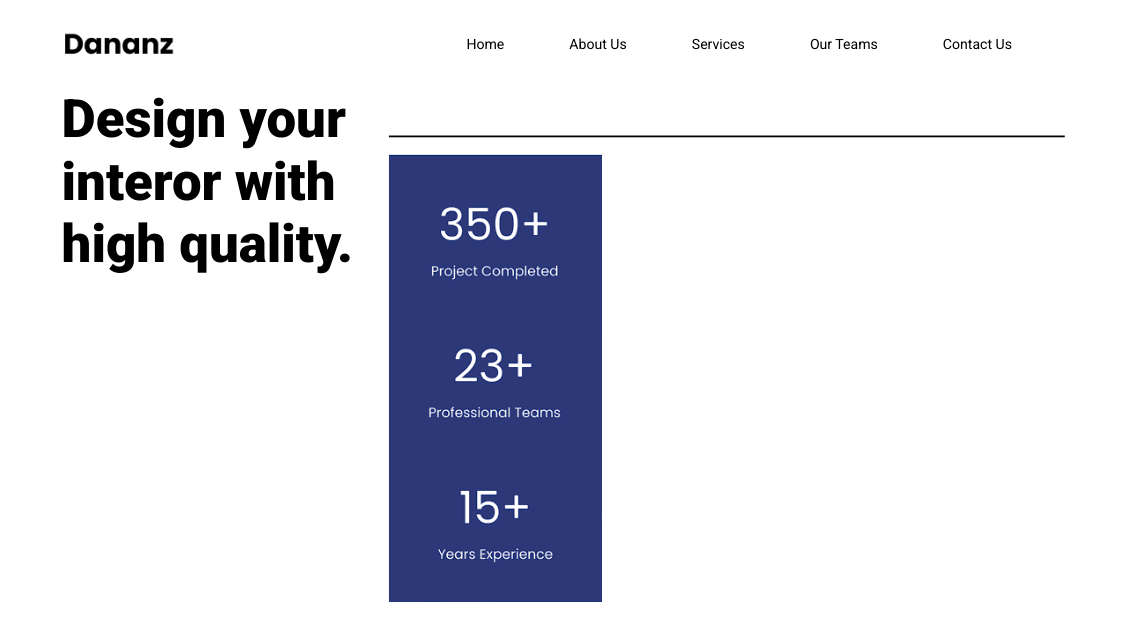
Repository: AsadKasimov/disain
Page: index.html
These files come from the project's save history. The page is drawn as it stood at one moment and after a run of saves; the edit follows.
The browser window is 1280 px wide. The pictures show the whole page, at 88% of full size.

Above is the page before, as saved 2023-04-20 12:19:42.

After the next 3 saves:
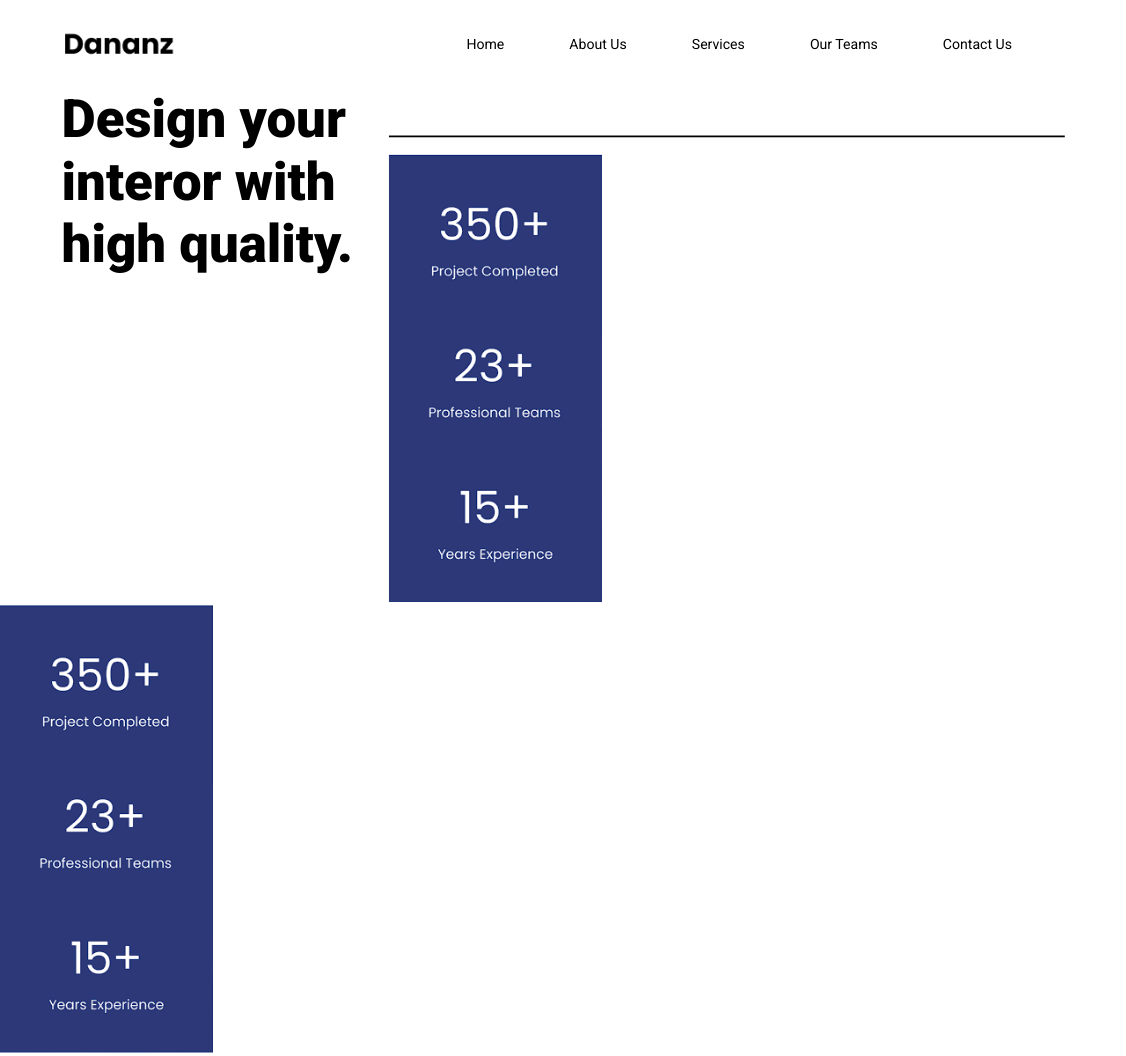
The 3 saves are shown as one change because they came seconds apart.
The last was saved 13 s later.
--- a/index.html
+++ b/index.html
@@ -46,7 +46,9 @@
 
 
         </div>
-
+        <div class="h-pic2">
+            <img src="./img/rec.png" alt="">
+        </div>
     </div>
 
 

After the 6 saves that followed:
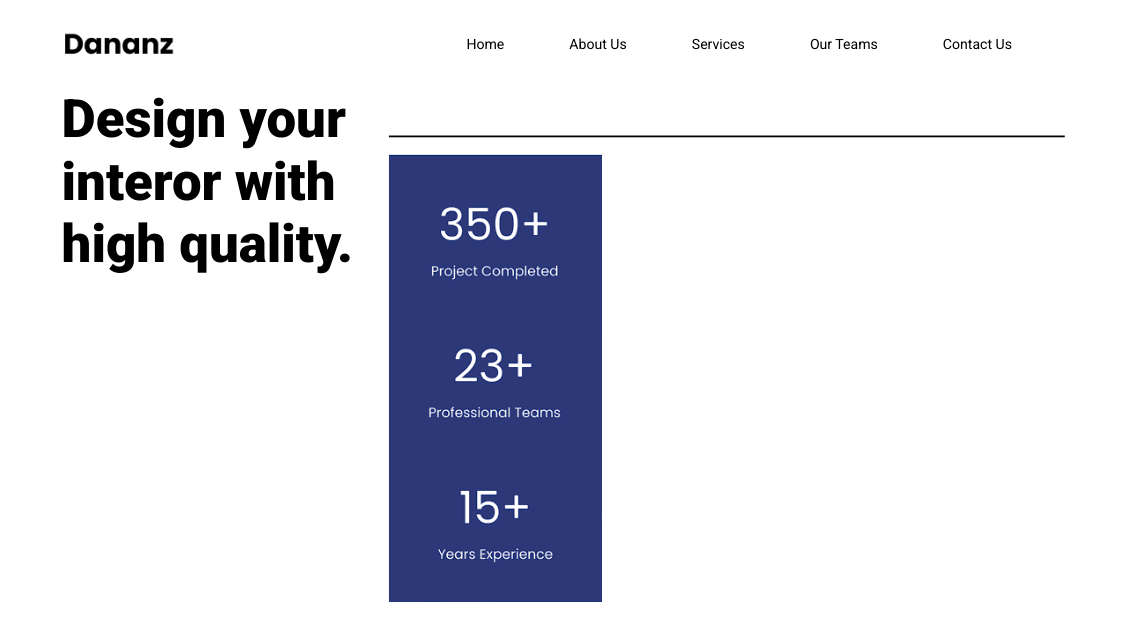
The 6 saves are shown as one change because 2 left the picture as it was and some came seconds apart.
The last was saved 23 s later.
--- a/style.css
+++ b/style.css
@@ -141,6 +141,9 @@ hr.text-line-l{
   gap: 20px;
 }
 
+.h-pic2{
+  display: none;
+}
 
 
 
